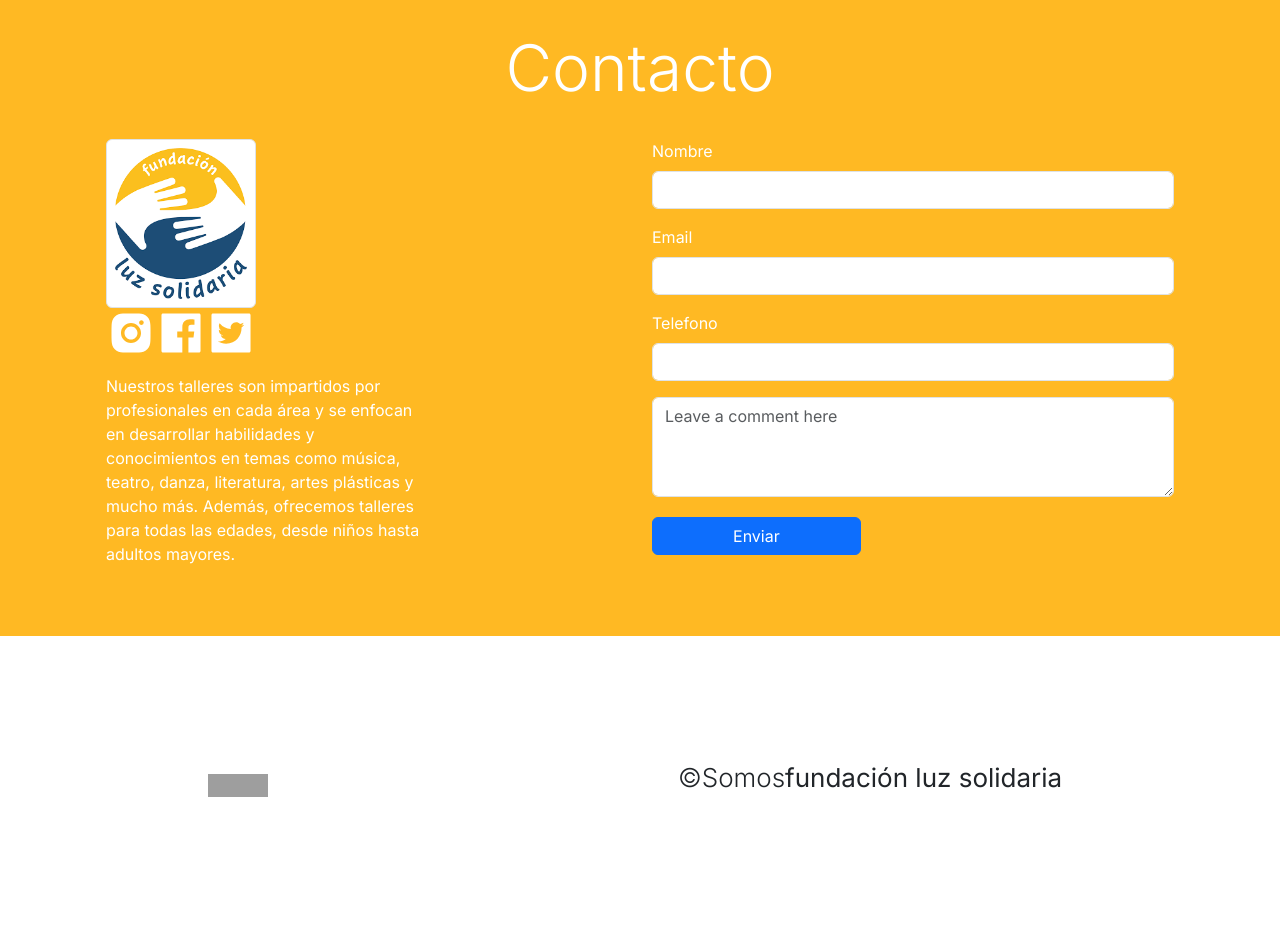
Repository: JtoralesK/dwf11
Page: /
An editor plug-in stored every save of this project. The page is shown before and after the next save, followed by the edit.
The browser window is 1280 px wide. The pictures show the whole page.
Pictures or frames that could not be fetched are drawn as grey boxes. The project was rebuilt for these pictures with package versions that can differ from the ones it lists, and the page was loaded fresh each time. The framework's server and built-in components were replaced by stand-ins that run in the browser. Also part of the build but not shown: next.config.js.

Above is the page before, as saved 2023-05-31 19:06:16.

After the next save:
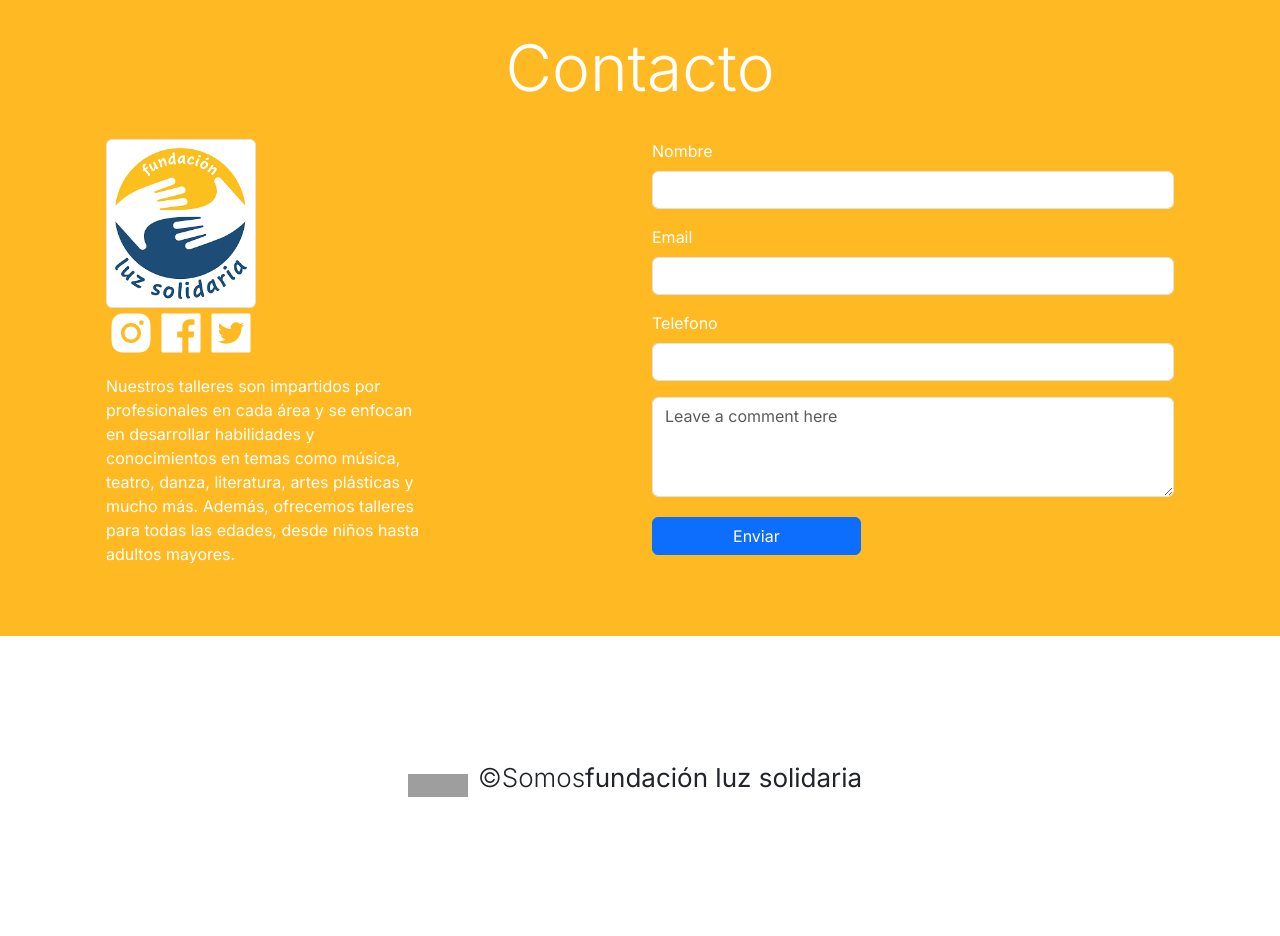
Saved 4 min 39 s later.
--- a/src/app/components/footer/style.css
+++ b/src/app/components/footer/style.css
@@ -22,7 +22,7 @@
     margin: 0;
 }
 .redes-sociales{
-    margin-right: 400px;
+
 }
 .title-copy {
     text-align: center;
